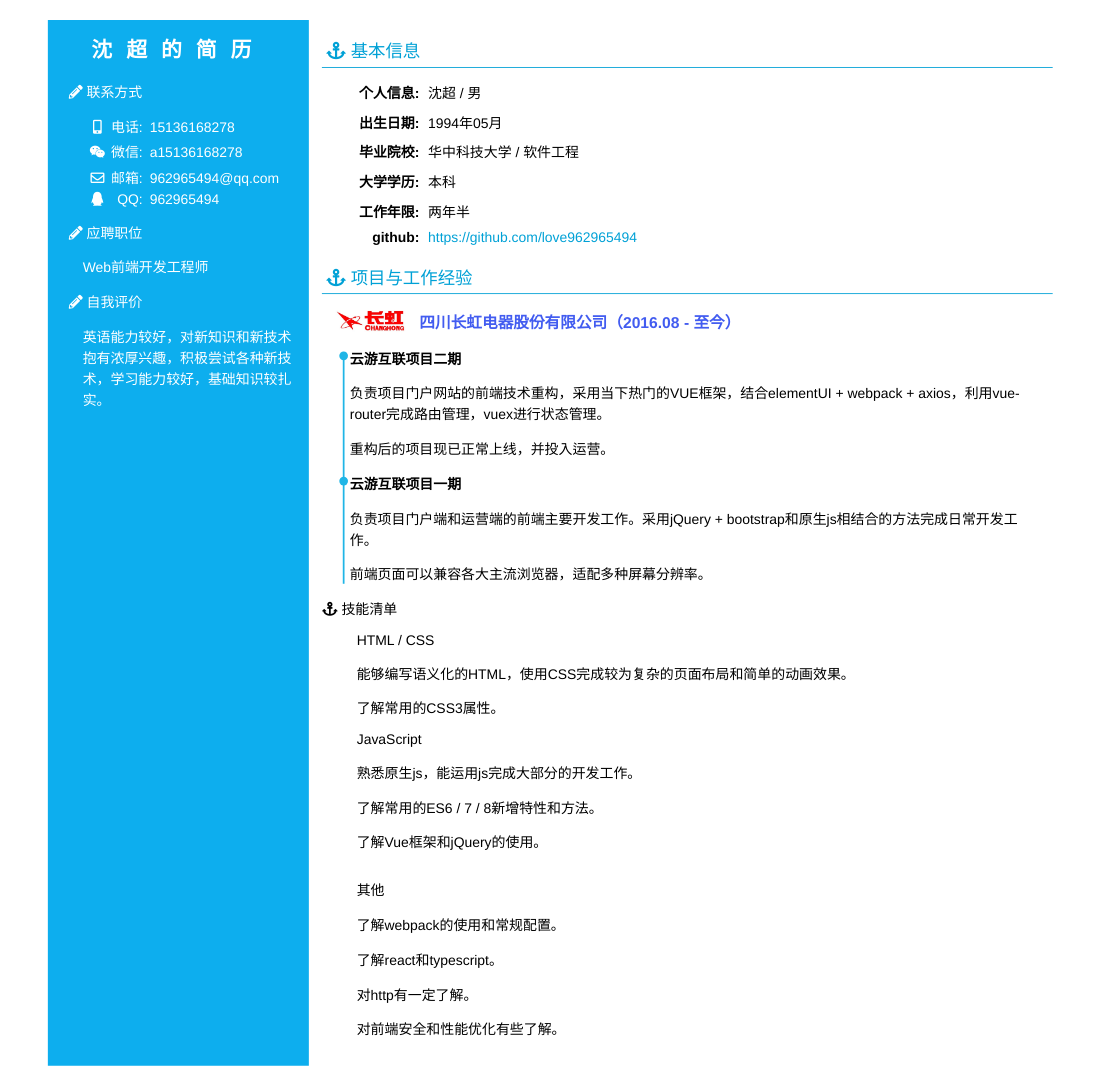
Repository: love962965494/my-resume
Page: index.html
An editor plug-in stored every save of this project. The page is shown before and after the next save, followed by the edit.
The browser window is 1280 px wide. The pictures show the whole page, at 87% of full size.
Some web libraries are served in a nearby version. The style sheet was rebuilt from its Sass, Less or Tailwind sources for each picture, by a compiler version that may differ from the author's.

Above is the page before, as saved 2018-09-02 18:30:27.

After the next save:
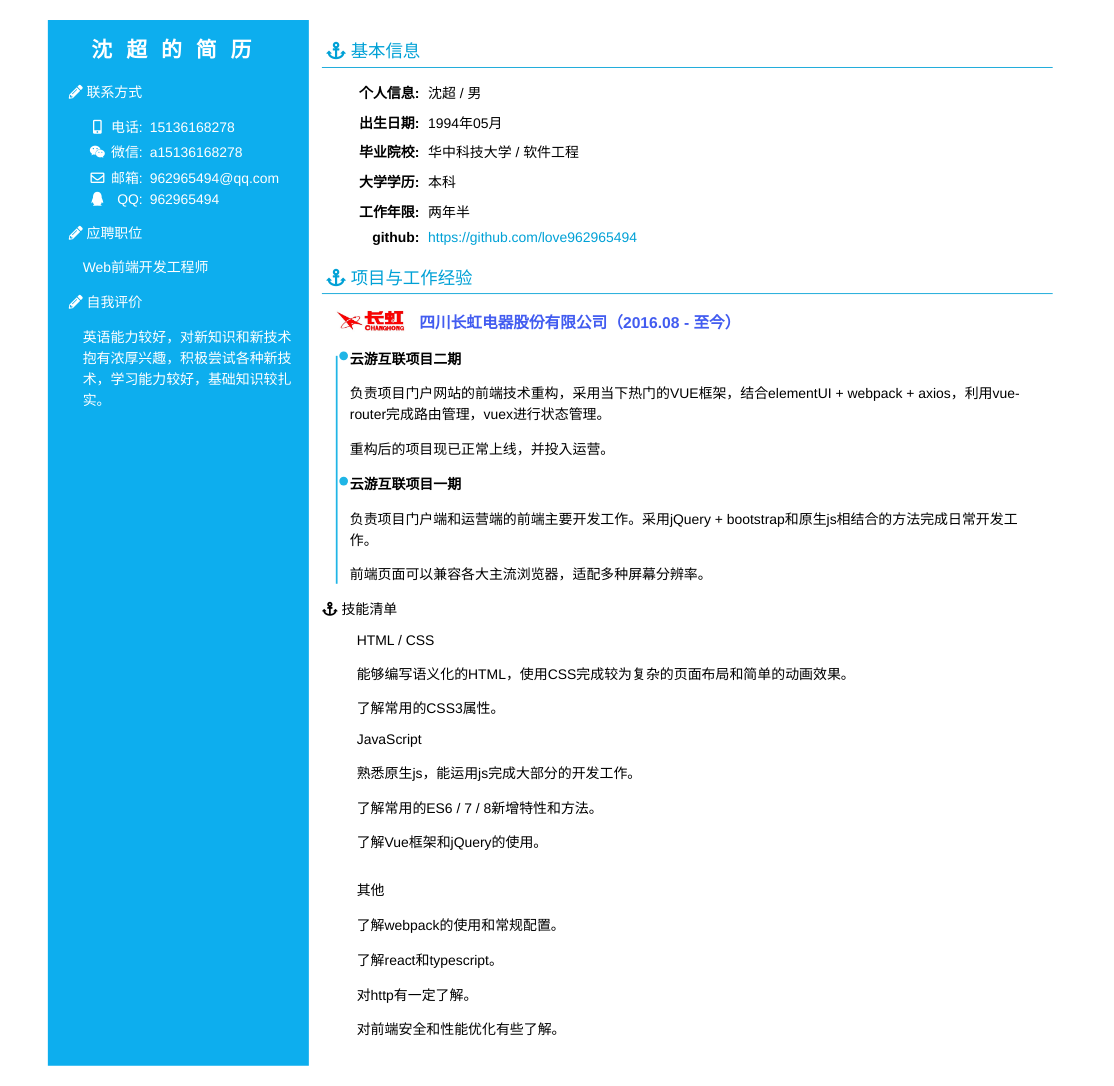
Saved 13 s later.
--- a/styles/myResume.scss
+++ b/styles/myResume.scss
@@ -167,7 +167,7 @@
             content: '';
             position: absolute;
             height: calc(100% - 10px);
-            margin-left: -.5rem;
+            margin-left: -1rem;
             margin-top: 10px;
             border-left: 2px solid #1fb5e6;
           }
